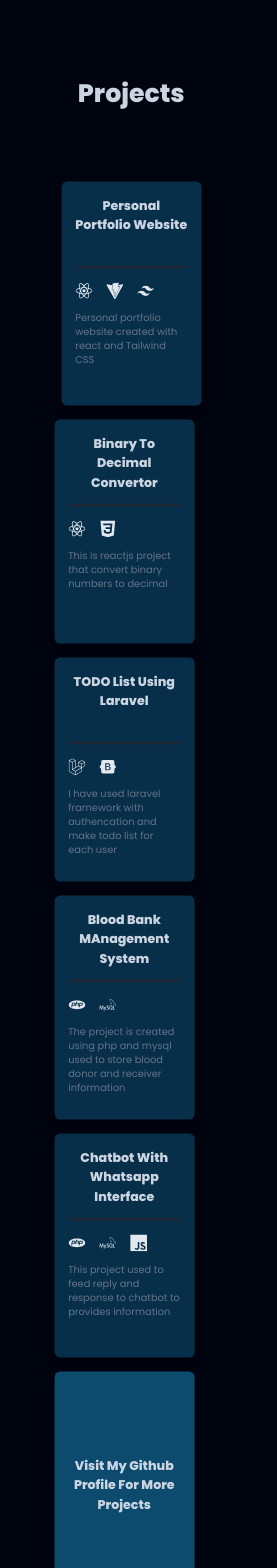
Repository: sibi24sibi/MyPersonalPortfolio
Page: /
The author's editor kept a copy of each file at every save. The page is drawn from the files as they stood at one save, then again after the next save.
The browser window is 375 px wide. The page is 395 px wide, so the pictures cover 395 px, including what lies to the right of the window. The pictures show the part of the page from y = 1958 to 4198 px (the page is 5346 px tall before and 5226 px after), at 70% of full size.
The project was rebuilt for these pictures with package versions that can differ from the ones it lists, and the page was loaded fresh each time. Also part of the build but not shown: vite.config.js, src/components/Menu.jsx, src/components/Footer.jsx.

Above is the page before, as saved 2024-05-03 20:17:17.

### index.html
<!DOCTYPE html>
<html lang="en">

<head>
  <meta charset="UTF-8" />
  <link rel="icon" type="image/svg+xml" href="" />
  <meta name="viewport" content="width=device-width, initial-scale=1 , maximum-scale=1 ,user-scalable=no" />
  <title>
    Personal Portfolio
  </title>
</head>

<body className="darkMode">
  <div id="root" className="px-5 w-screen"></div>
  <script type="module" src="/src/main.jsx"></script>
</body>

</html>

### src/index.css
@import url('https://fonts.googleapis.com/css2?family=Poppins:wght@300;400;500;600;800&display=swap');
@tailwind base;
@tailwind components;
@tailwind utilities;

html {
    @apply overflow-x-hidden scroll-smooth
}

body {

    @apply dark:bg-[#00040f] bg-[#e2e2e2ab]
}

### src/App.jsx
import Navbar from "./components/Navbar";
import About from "./components/About";

import Education from "./components/Education";
import Projects from "./components/Projects";
import Skills from "./components/Skills";

import HashLoader from "react-spinners/HashLoader";
import CTA from "./components/CTA";
import MyEmailLayout from "./components/email";
import Footer from "./components/Footer";


import { useState, useEffect } from "react";

const override = {
  display: "flex",
  justifyContent: "center",
  alignItems: "center",
  marginTop: "5rem",
  borderColor: "red",
};

const App = () => {
  const [loading, setLoading] = useState(true);

  useEffect(() => {
    setLoading(true);
    setTimeout(() => {
      setLoading(false);
    }, 3000);
  }, []);
  return (
    <>
      {loading ? (
        <div className="flex h-screen w-screen justify-center items-center bg-[#00040f] ">
          <HashLoader
            color="#0891b2"
            loading={loading}
            cssOverride={override}
            size={90}
            aria-label="Loading Spinner"
            data-testid="loader"
          />
        </div>
      ) : (
        <div className=" flex flex-col justify-center items-center">
          <Navbar></Navbar>
          <About></About>
          <Skills></Skills>
          <Education></Education>
          <Projects></Projects>
          <CTA></CTA>
          <MyEmailLayout></MyEmailLayout>
          {/* <Footer></Footer> */}
        </div>
      )}
    </>
  );
};
export default App;

### src/components/Navbar.jsx
import { CgMenuRightAlt } from "react-icons/cg";
import { HiSun, HiMoon } from "react-icons/hi";
import { useState, useEffect } from "react";
import Menu from "./Menu";

const Navbar = () => {
  const [nav, setNav] = useState(false);

  const [theme, setTheme] = useState("light");

  useEffect(() => {
    if (theme === "dark") {
      document.documentElement.classList.remove("dark");
    } else {
      document.documentElement.classList.add("dark");
    }
  }, [theme]);

  const handleTheme = () => {
    setTheme(theme === "dark" ? "light" : "dark");
  };

  return (
    <>
      <section className="NAVBAR sticky top-0 backdrop-blur-[5px] z-10 pt-5  translate-x-[20px] min-w-full mt-5 font-['Poppins']  max-sm:p-2 max-sm:mx-1 max-sm:max-h-[48px] ">
        <div className="flex  justify-between capitalize md:ml-9 sm:ml-2">
          <div className="LOGO ">
            <a
              href="#"
              className="text-3xl bg-gradient-to-r from-blue-600 to-cyan-600 bg-clip-text text-transparent dark:text-cyan-500 max-sm:text-2xl"
            >
              {"Portfolio"}
            </a>
          </div>
          <div className="NAVLINKS min-w-full pr-9 text-[20px] translate-x-[-160px]  max-sm:hidden flex justify-end gap-12 text-[#00040f] dark:text-[#e1e1e1] ">
            <a href="#about" className=" hover:text-cyan-500">
              Home
            </a>
            <a href="#experience" className="hover:text-cyan-500">
              Experience
            </a>
            {/* <a href="#education" className="hover:text-cyan-500 ">
              Education
            </a> */}
            <a href="#projects" className="hover:text-cyan-500 ">
              Projects
            </a>
            <a href="#contact" className="hover:text-cyan-500 ">
              Contact
            </a>

            <button onClick={handleTheme}>
              {theme === "dark" ? (
                <HiMoon className="-translate-y-1 text-2xl" />
              ) : (
                <HiSun className="-translate-y-1 text-2xl" />
              )}
            </button>

            </div>
            </div>
          <button onClick={() => setNav(!nav)}>
            <CgMenuRightAlt className="hidden max-sm:block mr-5   absolute top-2  right-10 md:transform-none text-[#00040f] dark:text-[#e1e1e1] text-[32px]" />
          </button>


        {nav && <Menu />}

      </section>



    </>
  );
};
export default Navbar;

### src/components/About.jsx
import Lottie from "lottie-react";
import computer from "../assets/lottie/computer.json";

const About = () => {
  return (
    <>
      <section
        id="about"
        className="p-5 mx-2 mb-10 font-medium font-['Poppins'] max-w-6xl max-sm:p-2 max-sm:mx-5"
      >
        <div className="WRAPPER mt-12 flex justify-between max-sm:flex-col gap-35">
        <div className="INTRO text-[70px] leading-[80px] font-semibold max-sm:text-[40px] max-sm:leading-[70px] max-sm:font-semibold">
            <h3 className="text-[#00040f] dark:text-white">
              Hi, there! <br />I am
            </h3>
            <span className="bg-clip-text text-transparent bg-gradient-to-r  from-blue-600 to-cyan-600 dark:from-cyan-500 dark:to-slate-200">
             Sibi Chakraborthy.

            </span>

            <p className="ABOUT h-[100px] text-xl max-sm:text-[15px] bg-clip-text text-transparent  bg-gradient-to-r  from-[#00040f] to-slate-500 dark:from-slate-500 dark:to-slate-200 max-w-[470px] mt-5 pl-1">
            Design is not just what it looks like and feels like. Design is how it works.
            </p>
          </div>
        <div className="div">
          <Lottie
            animationData={computer}
            loop={true}
            className="max-w-[650px] "
          />
          </div>
        </div>
      </section>
    </>
  );
};
export default About;

### src/components/Education.jsx
import Lottie from "lottie-react";
import education from "../assets/lottie/education.json";
import SAEC from "../assets/SAEC.png";
import AOS from "aos";

import { useEffect } from "react";

const Education = () => {
  useEffect(() => {
    AOS.init();
  }, []);
  return (
    <section
      id="education"
      className="EXPERIENCE max-w-6xl p-5 mx-20 mb-25 font-['Poppins']  max-sm:p-2 max-sm:mx-5"
    >
      <div className="WRAPPER mt-10">
        <h1 className="text-[#00040f] dark:text-slate-300 text-center font-extrabold text-5xl mb-5 max-sm:text-4xl   ">
          Education
        </h1>

        <div
          className="EDUCATION flex gap-7 justify-between flex-row-reverse max-sm:flex-col"
          data-aos="fade-right"
        >
          <div className="max-w-[520px] mt-[52px] p-7 max-sm:p-3">
            <div className="flex gap-5">
              <img
                src={SAEC}
                alt="SAEC"
                className="w-[150px] h-[100px]"
              />
              <h1 className="bg-clip-text text-transparent bg-gradient-to-r max-sm:text-[17px] from-amber-500 via-orange-600 to-yellow-500 dark:from-[#ff6600] dark:to-slate-100 font-semibold text-2xl w-[300px] h-[100px] tracking-wider ">
                Syed Ammal engineering college
              </h1>
            </div>

            <div className="mt-7 flex flex-col gap-5 text-left pl-4">
              <h3 className="capitalize  text-slate-800 dark:text-slate-300 text-xl max-sm:text-lg">
                Bachelor of technology
              </h3>
              <p className="italic capitalize text-gray-500 dark:text-slate-500 text-xl max-sm:text-lg leading-9">
                November 2020 - May 2024
              </p>

              <p className="capitalize text-gray-500 dark:text-slate-500 text-xl max-sm:text-lg leading-9">
                Computer Science and Engineering
              </p>
            </div>
          </div>
          <Lottie
            animationData={education}
            loop={true}
            className="max-w-[500px]"
          />
        </div>
      </div>
    </section>
  );
};
export default Education;

### src/components/Projects.jsx
import Project_prop from "./Project_prop";
import {
  GPT4,
  Portfolio,
  Rocket,
  WellBeing,
  Game,
} from "../constants/Constant";
import Tooltip from "@mui/material/Tooltip";
import IconButton from "@mui/material/IconButton";
import AOS from "aos";
import "aos/dist/aos.css";
import { useEffect } from "react";
import {
  SiReact,
  SiTailwindcss,
  SiVite,
  SiHtml5,
  SiCss3,
  SiJavascript,
  SiLaravel,
  SiBootstrap,
  SiPhp,
  SiWordpress,
  SiMysql,
} from "react-icons/si";

const Projects = () => {
  useEffect(() => {
    AOS.init();
  }, []);
  return (

<>

<section
      id="projects"
      className="EXPERIENCE p-5 mx-5 min-h-screen font-['Poppins']   max-sm:p-2 max-sm:mx-5"
    >
<h1 className="text-[#00040f] dark:text-slate-300 text-center font-extrabold text-5xl mb-24  max-sm:text-4xl  ">
          Projects
</h1>
<div className="container flex justify-center flex-col md:flex-row">


<Project_prop
            title="Personal Portfolio Website"
            para="Personal portfolio website created with react and Tailwind CSS"
            img={Portfolio}
            link=""
            github_link=""
            react={
              <Tooltip title="React" arrow>
                <IconButton>
                  <SiReact className="dark:text-slate-200 text-black" />
                </IconButton>
              </Tooltip>
            }
            tailwindcss={
              <Tooltip title="TailWind CSS" arrow>
                <IconButton>
                  <SiTailwindcss className=" dark:text-slate-200 text-black" />
                </IconButton>
              </Tooltip>
            }
            vite={
              <Tooltip title="Vite" arrow>
                <IconButton>
                  <SiVite className=" dark:text-slate-200 text-black" />
                </IconButton>
              </Tooltip>
            }


  />
<Project_prop
            title="Binary to decimal convertor"
            para="This is reactjs project that convert binary numbers to decimal"
            img={Portfolio}
            link=""
            github_link=""
            react={
              <Tooltip title="React" arrow>
                <IconButton>
                  <SiReact className="dark:text-slate-200 text-black" />
                </IconButton>
              </Tooltip>
            }
            css3={
              <Tooltip title="React" arrow>
                <IconButton>
                  <SiCss3 className="dark:text-slate-200 text-black" />
                </IconButton>
              </Tooltip>
            }
  />


<Project_prop
            title="TODO List using Laravel"
            para="I have used laravel framework with authencation and make todo list for each user"
            img={Portfolio}
            link=""
            github_link=""
            laravel={
              <Tooltip title="Laravel" arrow>
                <IconButton>
                  <SiLaravel className=" dark:text-slate-200 text-black" />
                </IconButton>
              </Tooltip>
            }
            bootstrap={
              <Tooltip title="Bootstrap" arrow>
                <IconButton>
                  <SiBootstrap className=" dark:text-slate-200 text-black" />
                </IconButton>
              </Tooltip>
            }

  />
  <Project_prop
            title="Blood Bank MAnagement System"
            para="The project is created using php and mysql used to store blood donor and receiver information"
            img={Portfolio}
            link=""
            github_link=""
            php={
              <Tooltip title="PHP" arrow>
                <IconButton>
                  <SiPhp className=" dark:text-slate-200 text-black" />
                </IconButton>
              </Tooltip>
            }
            mysql={
              <Tooltip title="Mysql" arrow>
                <IconButton>
                  <SiMysql className=" dark:text-slate-200 text-black" />
                </IconButton>
              </Tooltip>
            }

  />
  <Project_prop
            title="Chatbot with Whatsapp interface"
            para="This project used to feed reply and response to chatbot to provides information"
            img={Portfolio}
            link=""
            github_link=""
            php={
              <Tooltip title="PHP" arrow>
                <IconButton>
                  <SiPhp className=" dark:text-slate-200 text-black" />
                </IconButton>
              </Tooltip>
            }
            mysql={
              <Tooltip title="Mysql" arrow>
                <IconButton>
                  <SiMysql className=" dark:text-slate-200 text-black" />
                </IconButton>
              </Tooltip>
            }
            javascript={
              <Tooltip title="JavaScript" arrow>
                <IconButton>
                  <SiJavascript className=" dark:text-slate-200 text-black" />
                </IconButton>
              </Tooltip>
            }
  />
  <div className="card flex bg-blue-200 dark:bg-sky-900 rounded-lg shadow-lg items-center justify-center ">
        <h3
        className=" title capitalize font-bold h-20 text-slate-800 dark:text-slate-300 text-xl max-sm:text-lg m-5 text-center "
        >
          Visit my Github Profile for more projects
        </h3>

  </div>

  </div>
</section>

</>



  );
};
export default Projects;

### src/components/Skills.jsx
import {
  HTML,
  CSS,
  Github,
  Git,
  Vite,
  TailwindCSS,
  react,
  Python,
  Javascript,
  CPP,
  C,
  Vue,
  nodejs
} from "../constants/Constant";

import AOS from "aos";
import "aos/dist/aos.css";
import { useEffect } from "react";
import Image from "./Img_prop";

const Skills = () => {
  useEffect(() => {
    AOS.init();
  }, []);
  return (
    <>
      <section className="EXPERIENCE p-5  mb-10 max-w-6xl  font-['Poppins']  max-sm:p-2 max-sm:mx-5">
        <div>
        <h1 className="text-[#00040f] dark:text-slate-300 font-extrabold text-5xl text-center max-sm:text-4xl ">
          SKILLS
        </h1>
        </div>
        <div
          className=" grid place-content-start  grid-cols-3 gap-4 max-sm:p-2 mt-10"
          data-aos="zoom-out-up"
        >
          <Image img={HTML}></Image>
          <Image img={CSS}></Image>
          <Image img={Javascript}></Image>
          <Image img={react}></Image>
          <Image img={TailwindCSS}></Image>
          {/* <Image img={Vue}></Image>
          <Image img={CPP}></Image>
          <Image img={C}></Image> */}
          <Image img={Python}></Image>
          {/* <Image img={Vite}></Image> */}
          <Image img={Git}></Image>
          <Image img={Github}></Image>
          <Image img={nodejs}></Image>
        </div>
      </section>
    </>
  );
};
export default Skills;

### src/components/CTA.jsx
function CTA() {
  const resumeLink = "/Sibi-Chakraborthy-V.pdf";
  return (
    <div id="resume" className="pt-36 max-w-6xl resume relative w-full flex justify-center ">

      <div className="pt-14 mx-20 pb-40">
        <h2 className="text-4xl md:text-5xl max-sm:text-[35px] max-sm:leading-[60px] font-bold mb-10 text-[#00040f] dark:text-white text-center">
          Need to know about me more
        </h2>
        <div className="flex justify-center ">
        <a
          href={resumeLink}
          className="cursor-pointer font-bold whitespace-nowrap
        mt-6 px-8 py-3 dark:text-[#e1e1e1] border-2 rounded-full border-[#808080]  bg-bg hover:bg-fun-pink hover:border-fun-pink transition-colors inline-flex items-center"
        >
          <svg class="fill-current w-4 h-4 mr-2" xmlns="http://www.w3.org/2000/svg" viewBox="0 0 20 20"><path d="M13 8V2H7v6H2l8 8 8-8h-5zM0 18h20v2H0v-2z"/></svg>
          <span>Resume</span>

        </a>

        </div>
      </div>


    </div>
  );
}

export default CTA;

### src/components/email.jsx
import React, { useRef, useEffect } from "react";
import emailjs from '@emailjs/browser';



const MyEmailLayout = () => {
  const form = useRef();

  useEffect(() => {
    // Initialize emailjs
    emailjs.init('-fw29uVaf1UZJqOVT');
  }, []);

  const sendEmail = (e) => {
    e.preventDefault();

    emailjs

      .sendForm('service_hgvjibu', 'template_f9rmzk9', form.current)
      .then(
        () => {
          alert('Email sent successfully!');
        },
        (error) => {
          alert('Failed to send email. Please try again later.');
          console.error('Email Error:', error);
        }
      );
  };

  return (
    <div   className="mb-20 max-w-6xl" id="contact">

      <div className=" mx-10 max-sm:mx-5 ">
      <div className="div">
      <h1 className="text-2xl dark:text-[#e1e1e1] font-bold mb-4 ">SEND ME A EMAIL</h1>
      </div>
      <form ref={form} onSubmit={sendEmail}>
        <div className="grid  grid-cols-2 gap-4 flex justify-center">
          <div>
            <label htmlFor="name" className="dark:text-[#e1e1e1]">Name</label>
            <input
              type="text"
              id="name"
              name="user_name"
              className="px-3 py-2 placeholder-gray-400 text-gray-600 relative dark:bg-slate-300 bg-stone-300 rounded text-sm border-0 shadow outline-none focus:outline-none focus:ring  w-full"
            />
          </div>
          <div>
            <label htmlFor="email" className="dark:text-[#e1e1e1]">Email</label>
            <input
              type="email"
              id="email"
              name="user_email"
              className="px-3 py-2 placeholder-gray-400 text-gray-600 relative dark:bg-slate-300 bg-stone-300 rounded text-sm border-0 shadow outline-none focus:outline-none focus:ring w-full"
            />
          </div>
        </div>
        <label htmlFor="message" className="dark:text-[#e1e1e1]">Message</label>
        <textarea
          placeholder=""
          name="message"
          className="px-3 py-2 placeholder-gray-400 text-gray-600 relative dark:bg-slate-300 bg-stone-300 rounded text-sm border-0 shadow outline-none focus:outline-none focus:ring h-40 w-full "
        ></textarea>
        <button
          type="submit"
          className="bg-blue-500 rounded-full text-white px-4 py-2 mt-4 float-right"
          value="Send"
        >
          Send Email
        </button>
      </form>
      </div>
    </div>
  );
};

export default MyEmailLayout;

### src/components/Project_prop.jsx
/* eslint-disable react/prop-types */

import "./proj_style.css";


const Project_prop = (props) => {
  return (
    <>



      <div className="card bg-blue-100 dark:bg-sky-950 rounded-lg shadow-lg aspect-w-16 aspect-h-9 ">
        <h3
        className="title capitalize font-bold h-20 text-slate-800 dark:text-slate-300 text-xl max-sm:text-lg m-5 text-center"
        >
          {props.title}
        </h3>
            <div className="bar h-1 min-w-40 dark:bg-gray-800  bg-slate-600  mx-5"></div>
        <div className="flex gap-1 ml-3 mt-3 ">
                {props.react}
                {props.vite}
                {props.html5}
                {props.css3}
                {props.php}
                {props.mysql}
                {props.javascript}
                {props.tailwindcss}
                {props.laravel}
                {props.bootstrap}
                {props.wordpress}

        </div>
        <p className="dark:text-slate-500 mt-2 text-sm px-5  select-none">
          {props.para}
        </p>
      </div>




    </>
  );
};
export default Project_prop;

### src/constants/Constant.jsx
import C from "../assets/C.png";
import CPP from "../assets/CPP.png";
import HTML from "../assets/HTML.png";
import Github from "../assets/Github.png";
import CSS from "../assets/CSS.png";
import Python from "../assets/Python.png";
import Javascript from "../assets/Javascript.png";
import Git from "../assets/Git.png";
import Vite from "../assets/Vite.png";
import TailwindCSS from "../assets/TailwindCSS.png";
import react from "../assets/react.png";
import Vue from "../assets/vue.png";
import nodejs from "../assets/nodejs.png";

import Hackthechain from "../assets/HackTheChainLogo.png";
import GSSOC from "../assets/GSSoc.jpg";
import IITB from "../assets/IITB.png";
import Sports from "../assets/Sports_Club.png";
import IIITians from "../assets/IIITians_Network.png";
import GDSC from "../assets/GDSC.png";
import KDE from "../assets/kde.png";
import Oppia from "../assets/oppia.png";

import GPT4 from "../assets/gpt4.jpg";
import Portfolio from "../assets/portfolio.jpg";
import Rocket from "../assets/Rocket.jpg";
import Game from "../assets/Stone.jpg";
import WellBeing from "../assets/well-being.jpg";

export {
  C,
  CPP,
  HTML,
  CSS,
  Github,
  Git,
  Vite,
  TailwindCSS,
  react ,
  Python,
  Javascript,
  Vue,
  Hackthechain,
  GSSOC,
  IITB,
  Sports,
  IIITians,
  GPT4,
  Portfolio,
  Rocket,
  WellBeing,
  Game,
  GDSC,
  KDE,
  nodejs,
  Oppia,
};

### src/components/Img_prop.jsx
const Img_prop = ({ img }) => {
  return (
    <>
      <div className="mr-60 w-[100px] max-sm:w-[75px] h-[100px] max-sm:h-[75px] shadow-xl shadow-slate-300 dark:shadow-lg dark:shadow-blue-500/50 bg-gradient-to-bl from-[#ccc] to-[#eee] dark:from-[#051937] dark:to-[#222] rounded-full place-content-center grid translate-x-[100px] max-sm:translate-x-1">
        <img src={img} alt="html" className="max-sm:h-[45px] h-[55px] " />
      </div>
    </>
  );
};
export default Img_prop;

### src/components/proj_style.css



  .card {
    position: relative;
    left: 0px;
    width: 200px;
    height: fit-content;
    min-height: 320px;
    padding-bottom: 10px;
  }

  .card:not(:first-child) {
      margin-left: -50px;
  }

  .card:hover {
    transform: translateY(-20px);
    transition: 0.4s ease-out;
  }

  .card:hover ~ .card {
    position: relative;
    left: 50px;
    transition: 0.4s ease-out;
  }

@media only screen and (max-width: 600px) {
  .card {
    position:unset;
    left:unset;
    padding-bottom:unset;
    margin: 10px;;
    padding-bottom:unset;
  }
  .card:hover {
    transform:unset ;
    transition:unset;
    margin-left:unset;
  }
  .card:not(:first-child) {
    margin-left:unset;

  }
  .card:hover ~ .card {
    position:unset;
    left:unset;
    transition:unset;
  }
}

Loaded but not shown: src/main.jsx (common file); src/assets/lottie/computer.json (common file); src/assets/lottie/Education.json (common file); tailwind.config.js (common file)

After the next save:
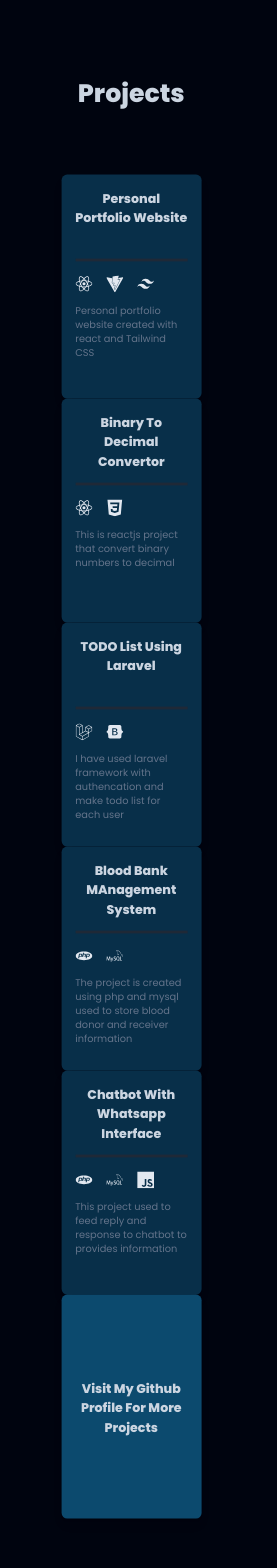
Saved 11 s later.
--- a/src/components/proj_style.css
+++ b/src/components/proj_style.css
@@ -30,7 +30,7 @@
     position:unset;
     left:unset;
     padding-bottom:unset;
-    margin: 10px;;
+    margin:unset;;
     padding-bottom:unset;
   }
   .card:hover {

After the save that followed:
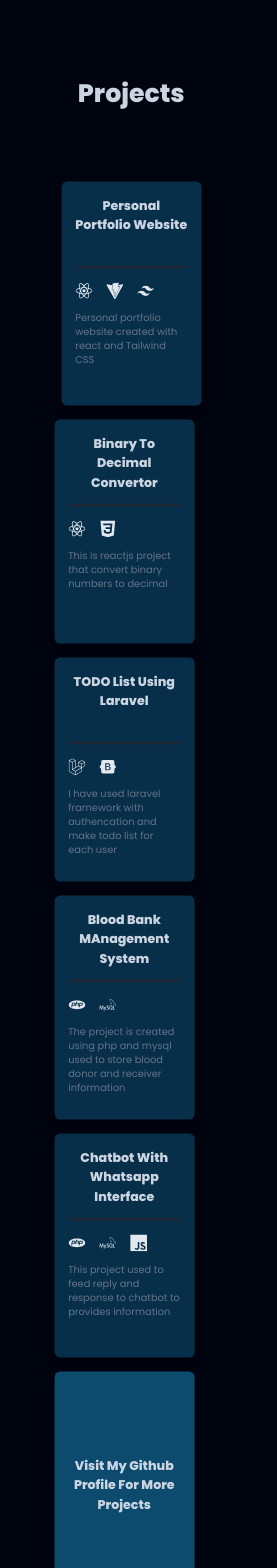
Saved 19 s later.
--- a/src/components/proj_style.css
+++ b/src/components/proj_style.css
@@ -30,7 +30,7 @@
     position:unset;
     left:unset;
     padding-bottom:unset;
-    margin:unset;;
+    margin:10px;
     padding-bottom:unset;
   }
   .card:hover {
